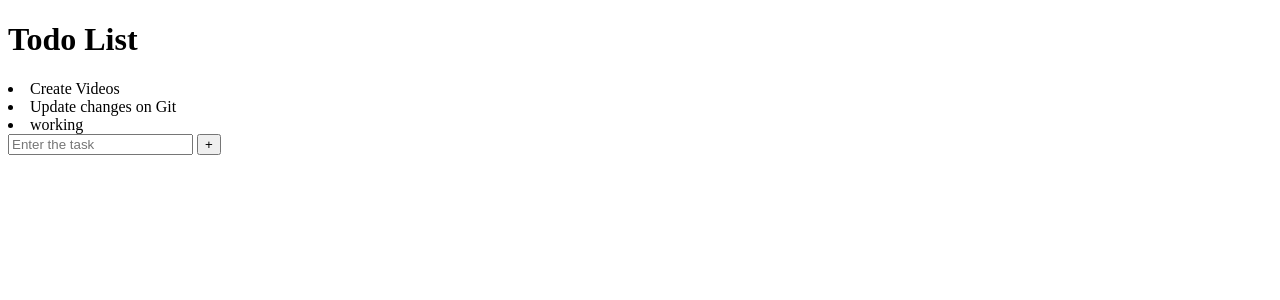
Repository: rupeshkofficial/Todo-List-Ver2
Page: http://localhost/
These files come from the project's save history. The page is drawn as it stood at one moment and after the next save; the edit follows.
The browser window is 1280 px wide. The pictures show the whole page.
The page is served by the project's Node server (app.js).

Above is the page before, as saved 2023-02-23 13:22:12.

After the next save:
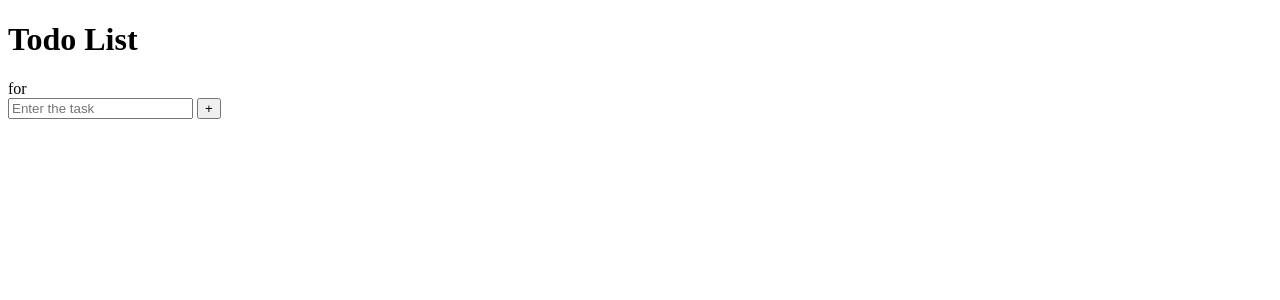
Saved 79 s later.
--- a/views/list.ejs
+++ b/views/list.ejs
@@ -10,11 +10,7 @@
         <h1>Todo List</h1>
     </div>
     <div class="box">
-        <li>Create Videos</li>
-        <li>Update changes on Git</li>
-        <li>
-            <%= exej %>
-        </li>
+       for
 
         <form action="/" , method="POST">
             <input type="text" name="ele1" placeholder="Enter the task">
